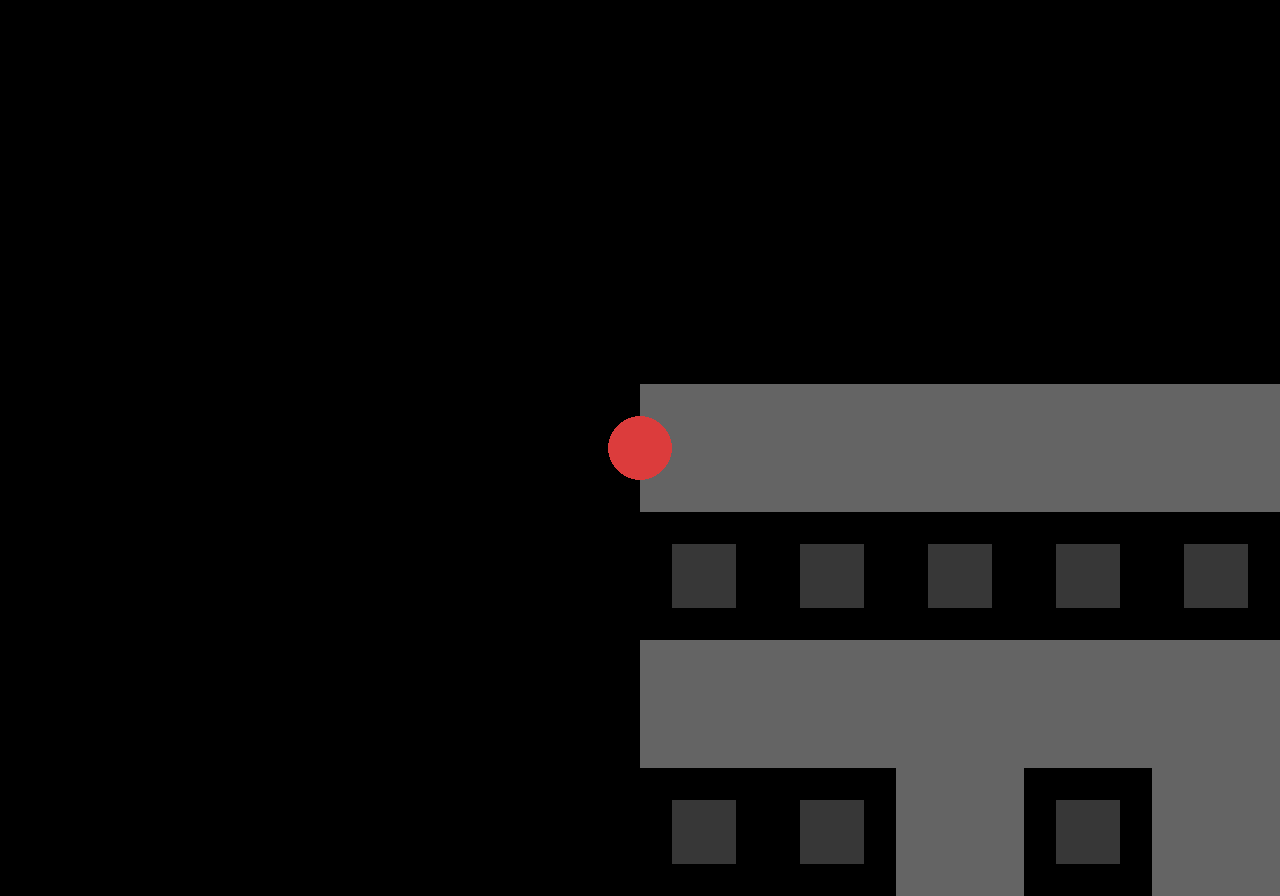
Repository: Nakib-Arman/Game-Jam-2026
Script's output: python main.py
An editor plug-in stored every save of this project. The script's output is shown before and after a run of saves, followed by the edit.
The window is shown after at most 60 frames with no key pressed. Random numbers start from a fixed seed.

Above is the script's output before, as saved 2026-01-24 20:39:15.

After the next 2 saves:
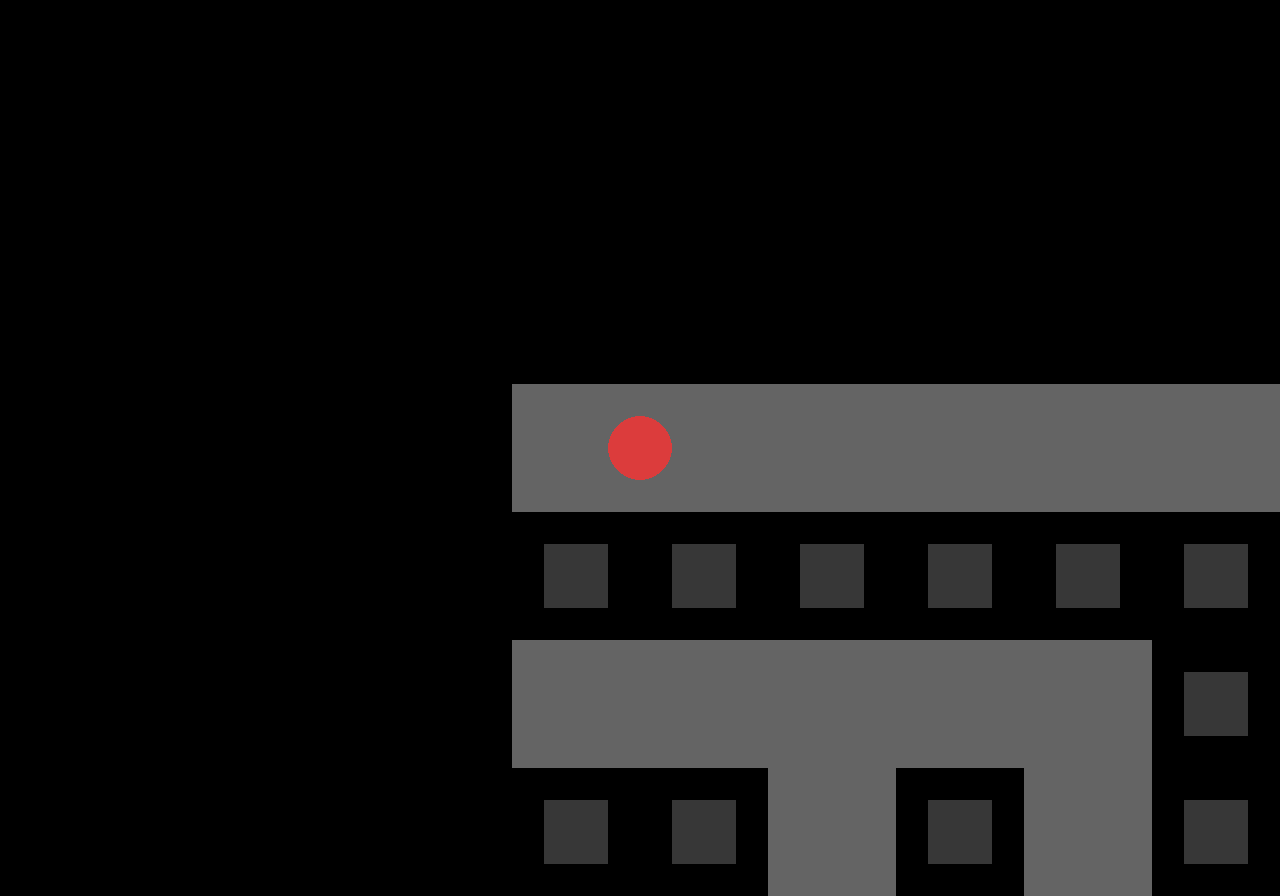
The 2 saves are shown as one change because they came seconds apart.
The last was saved 2 min 32 s later.
--- a/main.py
+++ b/main.py
@@ -66,7 +66,7 @@
     )
 
 def get_camera_offset():
-    cam_x = player_x - VIEW_COLS // 2
+    cam_x = player_x - VIEW_COLS // 2 + 1
     cam_y = player_y - VIEW_ROWS // 2
     return cam_x, cam_y
 

After the 3 saves that followed:
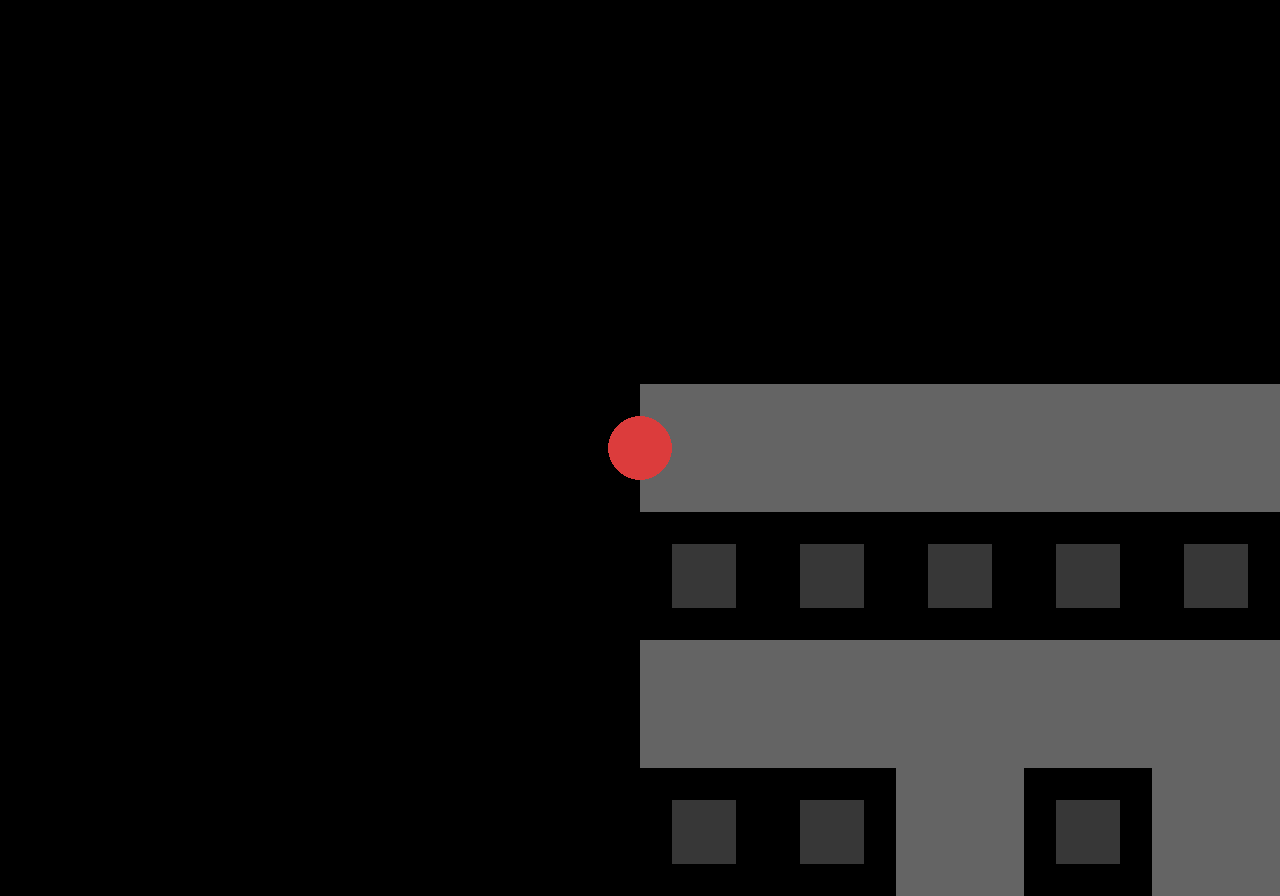
The 3 saves are shown as one change because 1 did not build or start and some came seconds apart.
The last was saved 52 s later.
--- a/main.py
+++ b/main.py
@@ -66,7 +66,7 @@
     )
 
 def get_camera_offset():
-    cam_x = player_x - VIEW_COLS // 2 + 1
+    cam_x = player_x - VIEW_COLS // 2
     cam_y = player_y - VIEW_ROWS // 2
     return cam_x, cam_y
 
